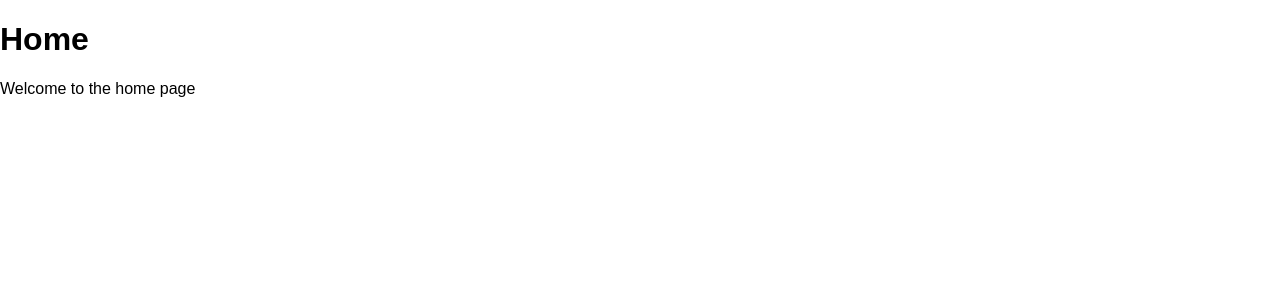
Repository: colechristini/buffbeats
Page: http://localhost/
The author's editor kept a copy of each file at every save. The page is drawn from the files as they stood at one save, then again after the next save.
The browser window is 1280 px wide. The pictures show the whole page.
The page is served by the project's application, run on Flask 3 (User_Interface/app.py).

Above is the page before, as saved 2024-02-02 22:44:19.

After the next save:
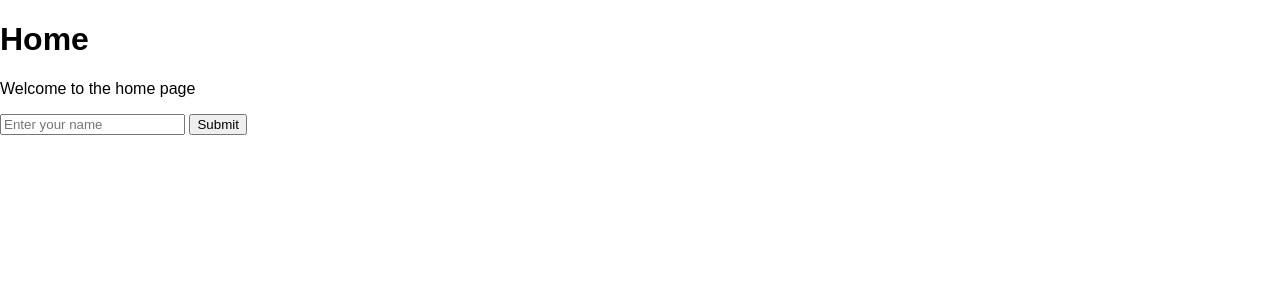
Saved 55 s later.
--- a/User_Interface/templates/index.html
+++ b/User_Interface/templates/index.html
@@ -12,4 +12,8 @@
 <div class = "content">
     <h1>Home</h1>
     <p>Welcome to the home page</p>
+
+    <form action="/" method="POST">
+        <input type="text" name="name" placeholder="Enter your name">
+        <input type="submit" value="Submit">
 {% endblock %}
